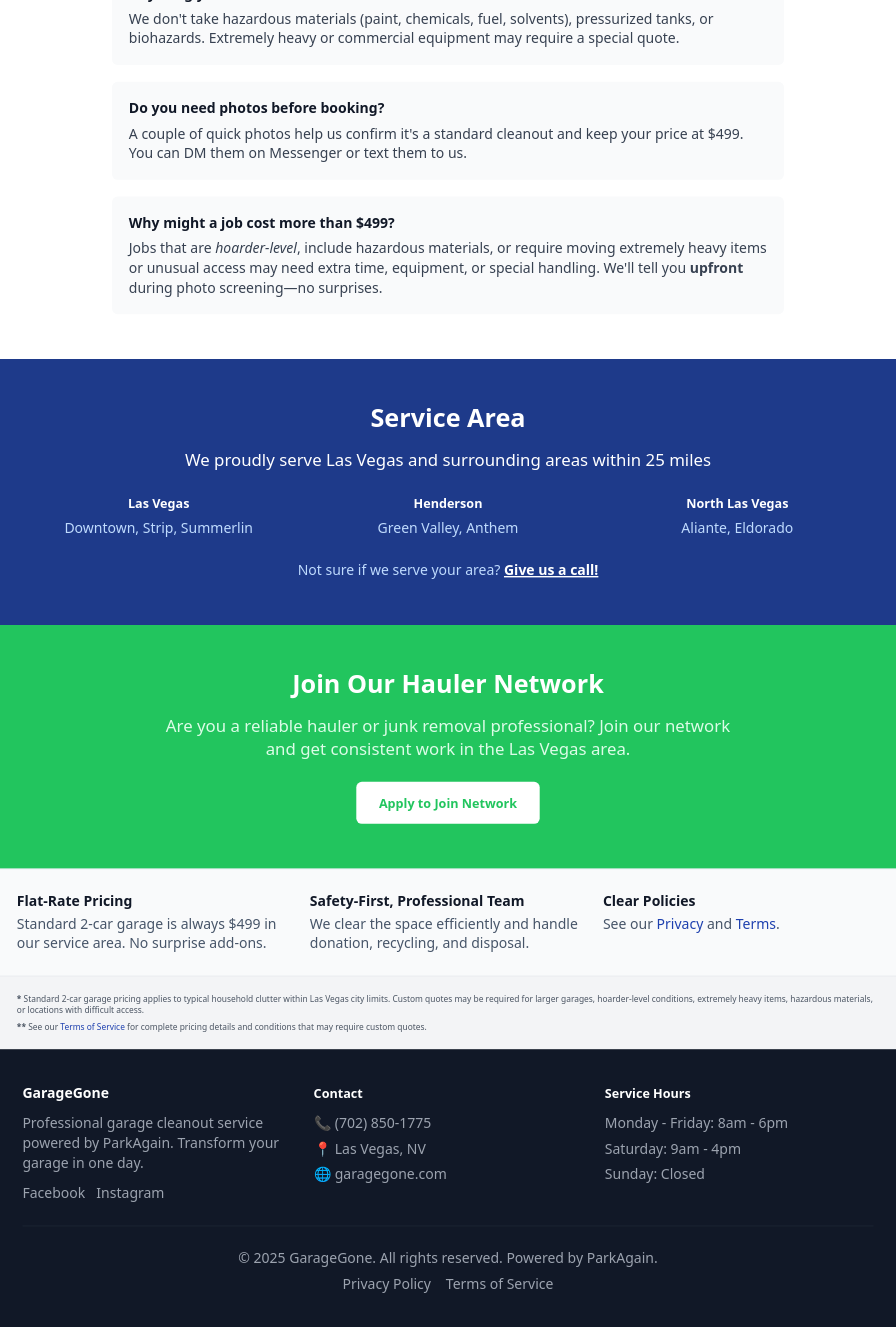
Repository: nikwhite1169/garagegone
Page: index.html
An editor plug-in stored every save of this project. The page is shown before and after the next save, followed by the edit.
The browser window is 1280 px wide. The pictures show the part of the page from y = 3877 to 5797 px (the page is 5773 px tall before and 5797 px after), at 70% of full size.
Some web libraries are served in a nearby version.

Above is the page before, as saved 2025-09-16 19:39:16.

After the next save:
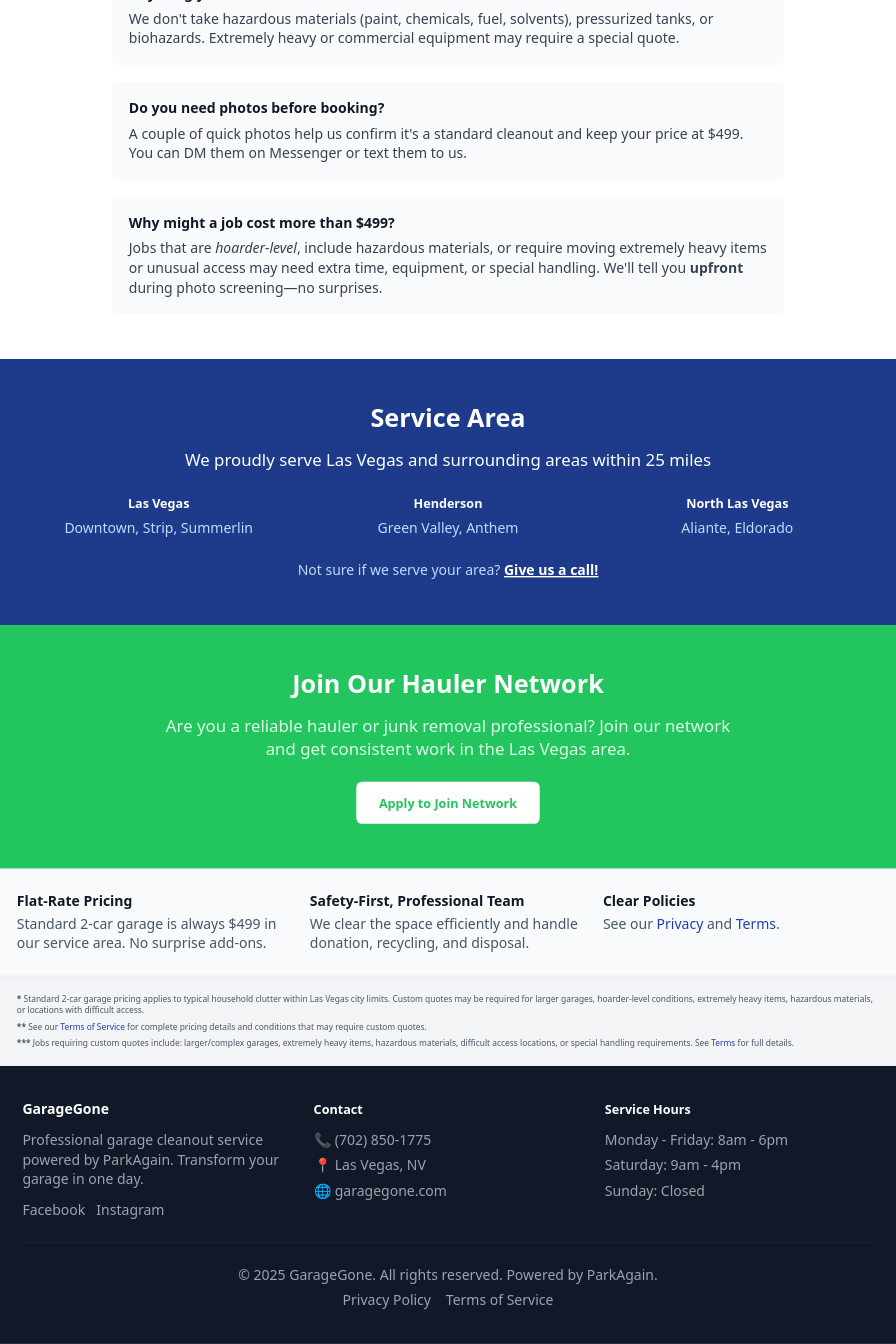
Saved 10 s later.
--- a/index.html
+++ b/index.html
@@ -395,10 +395,11 @@
     <!-- Fine Print -->
     <section class="bg-gray-100 border-t border-gray-200 py-6">
       <div class="max-w-7xl mx-auto px-4 md:px-6">
-        <div class="text-xs text-gray-600 space-y-2">
-          <p><strong>*</strong> Standard 2-car garage pricing applies to typical household clutter within Las Vegas city limits. Custom quotes may be required for larger garages, hoarder-level conditions, extremely heavy items, hazardous materials, or locations with difficult access.</p>
-          <p><strong>**</strong> See our <a href="terms-of-service.html" class="text-blue-800 hover:underline">Terms of Service</a> for complete pricing details and conditions that may require custom quotes.</p>
-        </div>
+         <div class="text-xs text-gray-600 space-y-2">
+           <p><strong>*</strong> Standard 2-car garage pricing applies to typical household clutter within Las Vegas city limits. Custom quotes may be required for larger garages, hoarder-level conditions, extremely heavy items, hazardous materials, or locations with difficult access.</p>
+           <p><strong>**</strong> See our <a href="terms-of-service.html" class="text-blue-800 hover:underline">Terms of Service</a> for complete pricing details and conditions that may require custom quotes.</p>
+           <p><strong>***</strong> Jobs requiring custom quotes include: larger/complex garages, extremely heavy items, hazardous materials, difficult access locations, or special handling requirements. See <a href="terms-of-service.html" class="text-blue-800 hover:underline">Terms</a> for full details.</p>
+         </div>
       </div>
     </section>
 
